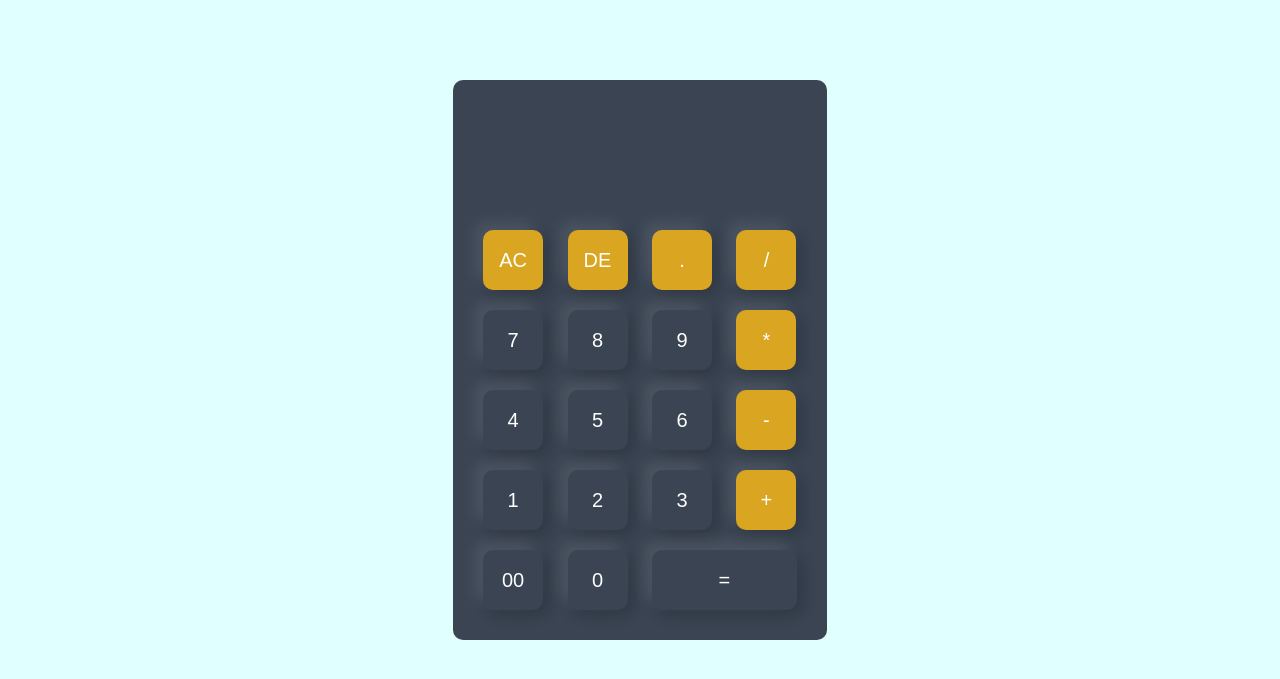
Repository: Anureet23/Calculator
Page: index.html
An editor plug-in stored every save of this project. The page is shown before and after the next save, followed by the edit.
The browser window is 1280 px wide. The pictures show the whole page.

Above is the page before, as saved 2023-02-07 23:22:29.

### index.html
<!DOCTYPE html>
<html>
    <head>
<meta name ="viewport" content="width=device-width,initial-scale=1.0">
<title>Calculator using JavaScript</title>
<link rel="stylesheet" href="style.css">
    </head>
    <body>
<div class="container">
<div class="calculator">
   <form>
       <div class="display">
           <input type="text" name ="display">
       </div>
       <div>
           <input type="button" value="AC" onclick="display.value =''" class="operator">
           <input type="button" value="DE"  onclick="display.value =display.value.toString().slice(0,-1)" class="operator">
           <input type="button" value="."  onclick="display.value +='.'" class="operator">
           <input type="button" value="/"  onclick="display.value +='/'" class="operator">
       </div>
       <div>
        <input type="button" value="7" onclick="display.value +='7'">
        <input type="button" value="8" onclick="display.value +='8'">
        <input type="button" value="9" onclick="display.value +='9'">
        <input type="button" value="*" onclick="display.value +='*'" class="operator">
    </div>
    <div>
        <input type="button" value="4" onclick="display.value +='4'">
        <input type="button" value="5" onclick="display.value +='5'">
        <input type="button" value="6" onclick="display.value +='6'">
        <input type="button" value="-" onclick="display.value +='-'" class="operator">
    </div>
    <div>
        <input type="button" value="1" onclick="display.value +='1'">
        <input type="button" value="2" onclick="display.value +='2'">
        <input type="button" value="3" onclick="display.value +='3'">
        <input type="button" value="+" onclick="display.value +='+'" class="operator">
    </div>
    <div>
        <input type="button" value="00" onclick="display.value +='00'">
        <input type="button" value="0" onclick="display.value +='0'">
        <input type="button" value="=" class="equal" onclick="display.value=eval(display.value)">

    </div>
   </form>
</div>
</div>


    </body>
</html>

### style.css
*{
    margin:0;
    padding:0;
    font-family: 'Poppins',sans-serif;
    box-sizing: border-box;
}

.container{
    width: 100%;
    height:100vh;
    background:#E0FFFF;
    display:flex;
    align-items:center;
    justify-content: center;

}
.calculator{
    background:#3a4452;
    padding:20px;
    border-radius:10px;
}
.calculator form input{
    border:0;
    outline:0;
    width: 60px;
    height: 60px;
    border-radius:10px;
    box-shadow: -8px -8px 15px rgba(255,255,255,0.1), 5px 5px 15px rgba(0,0,0,0.2) ;
    background:transparent;
    font-size:20px;
    color:#fff;
    cursor:pointer;
    margin:10px;
}

form .display{
    display:flex;
    justify-content:flex-end;
    margin:20px 0;
}

form .display input {
    text-align:right;
    flex:1;
    font-size:45px;
    box-shadow:none;
}
form input.equal{
    width:145px;
}
form input.operator{
    background-color: goldenrod;
}

After the next save:
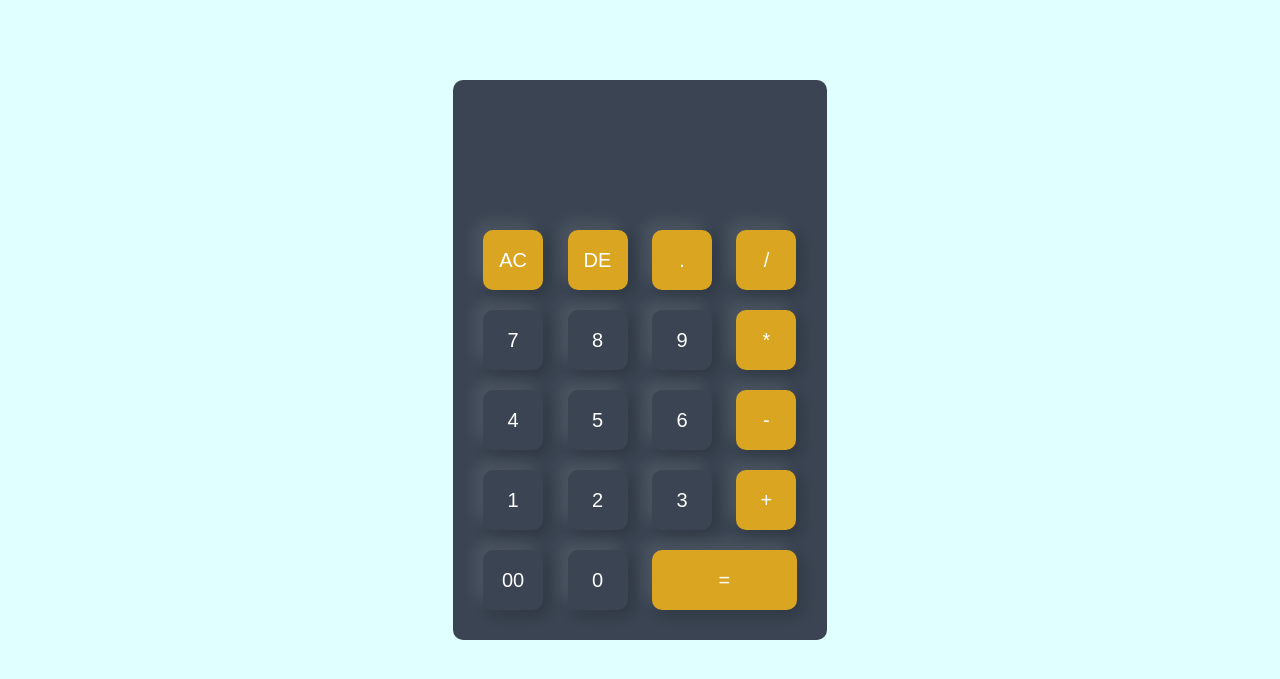
Saved 7 s later.
--- a/index.html
+++ b/index.html
@@ -39,7 +39,7 @@
     <div>
         <input type="button" value="00" onclick="display.value +='00'">
         <input type="button" value="0" onclick="display.value +='0'">
-        <input type="button" value="=" class="equal" onclick="display.value=eval(display.value)">
+        <input type="button" value="=" class="equal operator" onclick="display.value=eval(display.value)">
 
     </div>
    </form>
